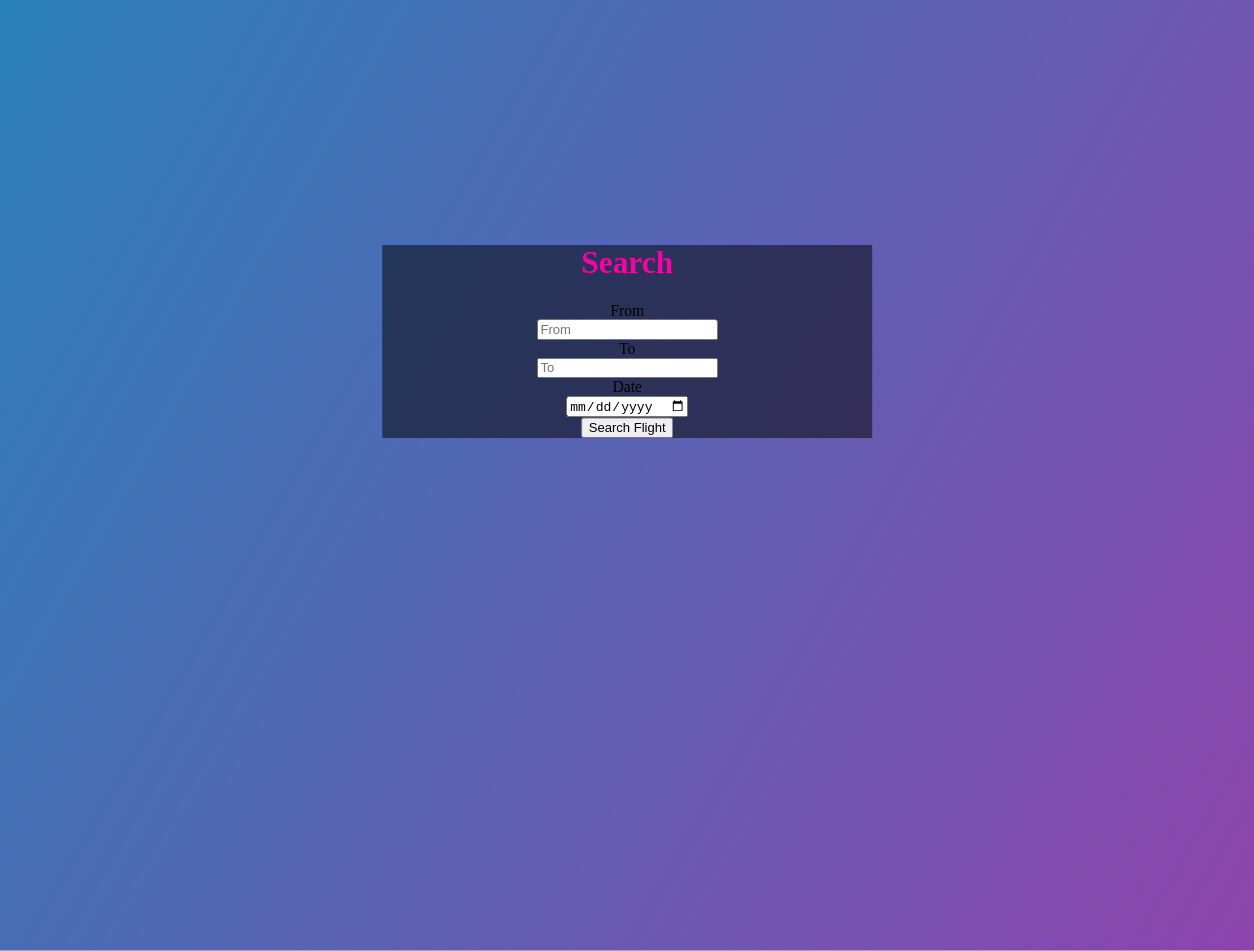
Repository: kalpesh3070/backend2
Page: flyaway/src/main/webapp/Home.html
These files come from the project's save history. The page is drawn as it stood at one moment and after the next save; the edit follows.
The browser window is 1280 px wide. The pictures show the whole page, at 98% of full size.

Above is the page before, as saved 2022-11-13 18:49:59.

### flyaway/src/main/webapp/Home.html
<!DOCTYPE html>
<html>
<head>
<meta charset="ISO-8859-1">
<link rel="stylesheet" href="home.css">
<title>Go Airways</title>
</head>
<body>
<form action="search">
<div class="lable">
<center>


<h1>Search</h1>
<div class= "body">

<lable for="from" >From</lable>
<div class="input">
<input  type="text" name="from" placeholder="From"><br>
</div>

<div class="input">
<lable for="to">To</lable>
<input type="text" name="To" placeholder="To"><br>
</div>

<div class="date">
<lable>Date</lable><input type="date" name="date"><br>
</div>

<div class="submit">
<input type="submit" value="Search Flight">
</div>

</div>
</div>
</form>
</center>
</div>
</body>
</html>

### flyaway/src/main/webapp/home.css
@charset "ISO-8859-1";
body{
margin: 0;
padding: 0;
font-family: montserrat;
background: linear-gradient(120deg,#2980b9,#8e44ad);
height: 100vh;
overflow:hidden;
}

.lable{
width : 500px;
background-color: rgba(0,0,0,.5);
margin:250px auto

}

.lable h1{
	color:#f603a3;
	text-align: center;
}

.lable lable{
	display:block;
}

After the next save:
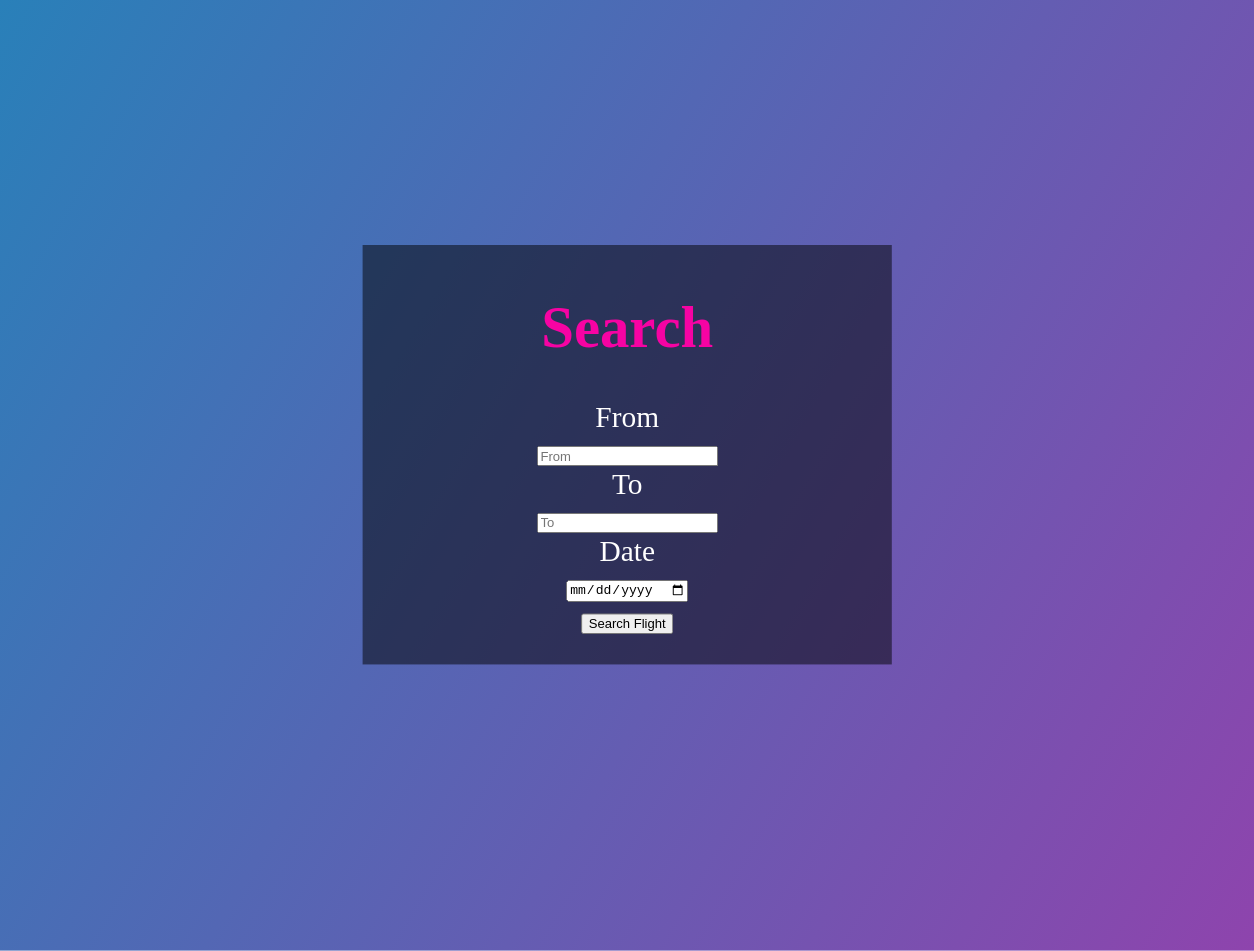
Saved 3 min 3 s later.
--- a/flyaway/src/main/webapp/home.css
+++ b/flyaway/src/main/webapp/home.css
@@ -11,8 +11,10 @@ overflow:hidden;
 .lable{
 width : 500px;
 background-color: rgba(0,0,0,.5);
-margin:250px auto
-
+padding:10px 20px 30px;
+margin:250px auto;
+color:white;
+font-size:30px;
 }
 
 .lable h1{
